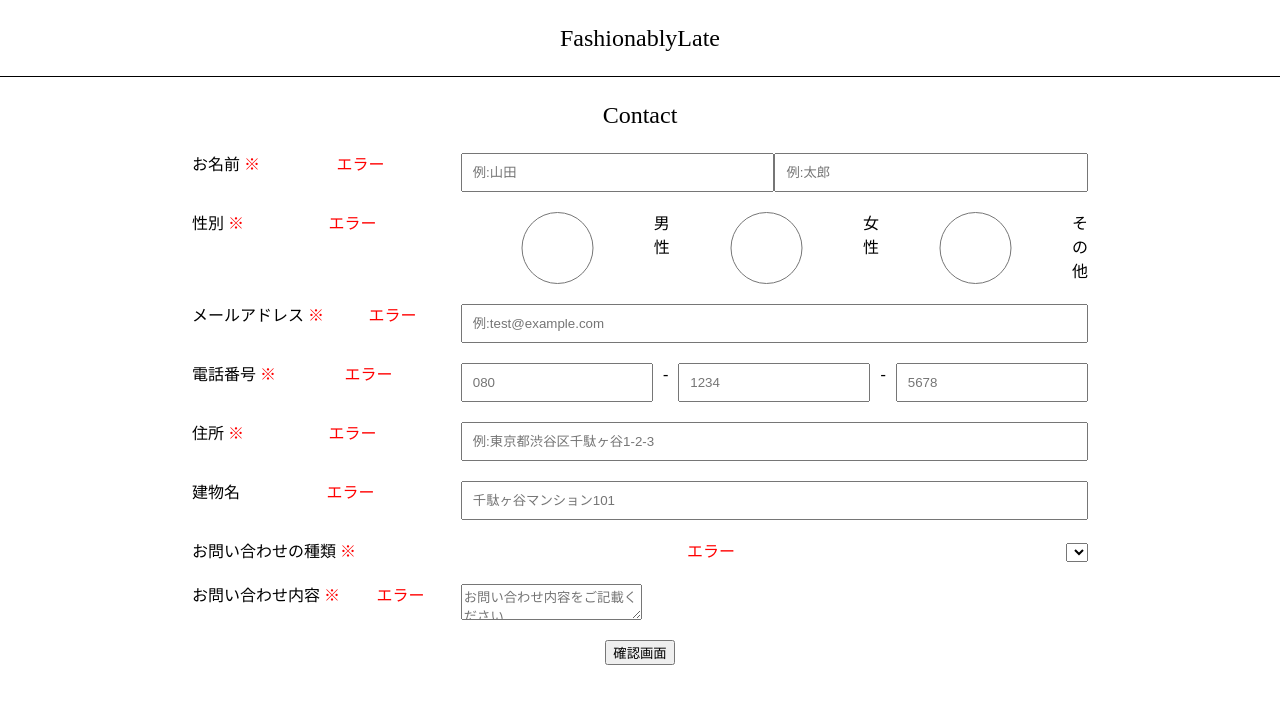
Repository: mayu-ya/test_form
Page: http://localhost/
These files come from the project's save history. The page is drawn as it stood at one moment and after the next save; the edit follows.
The browser window is 1280 px wide. The pictures show the whole page.
The page is served by the project's Laravel application, run on PHP 8.4 with Laravel 8. Other server files are loaded and not shown.

Above is the page before, as saved 2026-01-17 10:20:34.

### src/routes/web.php
<?php

use Illuminate\Support\Facades\Route;
use App\Http\Controllers\ContactController;

/*
|--------------------------------------------------------------------------
| Web Routes
|--------------------------------------------------------------------------
|
| Here is where you can register web routes for your application. These
| routes are loaded by the RouteServiceProvider within a group which
| contains the "web" middleware group. Now create something great!
|
*/

Route::get('/', [ContactController::class, 'index']);

### src/app/Http/Controllers/ContactController.php
<?php

namespace App\Http\Controllers;

use Illuminate\Http\Request;

class ContactController extends Controller
{
    public function index()
    {
        return view('index');
    }
}

### src/resources/views/index.blade.php
@extends('layouts.app')

@section('css')
<link rel="stylesheet" href="{{ asset('css/index.css') }}">
@endsection

@section('content')
<div class="content">
    <div class="title">
        <h2 class="title-h">Contact</h2>
    </div>

    <form class="form">
        <div class="form__group">
            <div class="form__group-item">
                <span class="form__item">お名前</span>
                <span class="form__required">※</span>
            </div>
            <div class="form__error">
                エラー
            </div>
            <div class="form__input">
                <input type="text" class="form__input-text" name="name" placeholder="例:山田">
                <input type="text" class="form__input-text" name="name" placeholder="例:太郎">
            </div>
        </div>

        <div class="form__group">
            <div class="form__group-item">
                <span class="form__item">性別</span>
                <span class="form__required">※</span>
            </div>
            <div class="form__error">
                エラー
            </div>
            <div class="form__input">
                <input type="radio" class="form__input-text" name="gender">男性
                <input type="radio" class="form__input-text" name="gender">女性
                <input type="radio" class="form__input-text" name="gender">その他
            </div>
        </div>

        <div class="form__group">
            <div class="form__group-item">
                <span class="form__item">メールアドレス</span>
                <span class="form__required">※</span>
            </div>
            <div class="form__error">
                エラー
            </div>
            <div class="form__input">
                <input type="emai" class="form__input-text" name="emai" placeholder="例:test@example.com">
            </div>
        </div>

        <div class="form__group">
            <div class="form__group-item">
                <span class="form__item">電話番号</span>
                <span class="form__required">※</span>
            </div>
            <div class="form__error">
                エラー
            </div>
            <div class="form__input">
                <input type="tel" class="form__input-text" name="tel" placeholder="080">
                <div class="form__input-tel">-</div>
                <input type="tel" class="form__input-text" name="tel" placeholder="1234">
                <div class="form__input-tel">-</div>
                <input type="tel" class="form__input-text" name="tel" placeholder="5678">
            </div>
        </div>

        <div class="form__group">
            <div class="form__group-ite">
                <span class="form__item">住所</span>
                <span class="form__required">※</span>
            </div>
            <div class="form__error">
                エラー
            </div>
            <div class="form__input">
                <input type="text" class="form__input-text" name="address" placeholder="例:東京都渋谷区千駄ヶ谷1-2-3">
            </div>
        </div>

        <div class="form__group">
            <div class="form__group-item">
                <span class="form__item">建物名</span>
            </div>
            <div class="form__error">
                エラー
            </div>
            <div class="form__input">
                <input type="text" class="form__input-text" name="building" placeholder="千駄ヶ谷マンション101">
            </div>
        </div>

        <div class="form__group">
            <div class="form__group-item">
                <span class="form__item">お問い合わせの種類</span>
                <span class="form__required">※</span>
            </div>
            <div class="form__error">
                エラー
            </div>
            <div class="form__select">
                <select name="content" class="form__select-item" placeholder="選択してください">
                    <option value=""></option>
                </select>
            </div>
        </div>

        <div class="form__group">
            <div class="form__group-item">
                <span class="form__item">お問い合わせ内容</span>
                <span class="form__required">※</span>
            </div>
            <div class="form__error">
                エラー
            </div>
            <div class="form__input">
                <textarea name="detail" class="form__input-textarea" placeholder="お問い合わせ内容をご記載ください"></textarea>
            </div>
        </div>

        <div class="form__group-button">
            <button class="form__group-button-submit" type="submit">確認画面</button>
        </div>
    </form>
</div>
@endsection

### src/resources/views/layouts/app.blade.php
<!DOCTYPE html>
<html lang="ja">
<head>
    <meta charset="UTF-8">
    <meta name="viewport" content="width=device-width, initial-scale=1.0">
    <title>FashionablyLate</title>
    <link rel="stylesheet" href="{{ asset('css/common.css') }}">
    <link rel="stylesheet" href="{{ asset('css/sanitize.css') }}">
    @yield('css')
</head>
<body>
    <header class="header">
        <div class="header-title">
            <div class="header-title__item">FashionablyLate</div>
        </div>
        @yield('header')
    </header>

    <main>
        @yield('content')
    </main>
</body>
</html>

### src/public/css/common.css
.header{
    border-bottom: 1px solid #000;
}

.header-title {
    margin: 0 auto;
    padding: 20px 15px;
    max-width: 1230px;
}

.header-title__item {
    font-size: 24px;
    text-align: center;
}

### src/public/css/sanitize.css
/* Document
* ========================================================================== */

/**
* Add border box sizing in all browsers (opinionated).
*/

*,
::before,
::after {
  box-sizing: border-box;
}

/**
* 1. Add text decoration inheritance in all browsers (opinionated).
* 2. Add vertical alignment inheritance in all browsers (opinionated).
*/

::before,
::after {
  vertical-align: inherit;
  /* 2 */
  text-decoration: inherit;
  /* 1 */
}

/**
* 1. Use the default cursor in all browsers (opinionated).
* 2. Change the line height in all browsers (opinionated).
* 3. Use a 4-space tab width in all browsers (opinionated).
* 4. Remove the grey highlight on links in iOS (opinionated).
* 5. Prevent adjustments of font size after orientation changes in
*    IE on Windows Phone and in iOS.
* 6. Breaks words to prevent overflow in all browsers (opinionated).
*/

html {
  word-break: break-word;
  /* 6 */
  -moz-tab-size: 4;
  /* 3 */
  tab-size: 4;
  /* 3 */
  line-height: 1.5;
  /* 2 */
  cursor: default;
  /* 1 */

  -webkit-tap-highlight-color: transparent
    /* 4 */
  ;
  -ms-text-size-adjust: 100%;
  /* 5 */
  -webkit-text-size-adjust: 100%;
  /* 5 */
}

/* Sections
* ========================================================================== */

/**
* Remove the margin in all browsers (opinionated).
*/

body {
  margin: 0;
}

/**
* Correct the font size and margin on `h1` elements within `section` and
* `article` contexts in Chrome, Edge, Firefox, and Safari.
*/

h1 {
  margin: 0.67em 0;
  font-size: 2em;
}

/* Grouping content
* ========================================================================== */

/**
* Remove the margin on nested lists in Chrome, Edge, IE, and Safari.
*/

dl dl,
dl ol,
dl ul,
ol dl,
ul dl {
  margin: 0;
}

/**
* Remove the margin on nested lists in Edge 18- and IE.
*/

ol ol,
ol ul,
ul ol,
ul ul {
  margin: 0;
}

/**
* 1. Add the correct sizing in Firefox.
* 2. Show the overflow in Edge 18- and IE.
*/

hr {
  overflow: visible;
  /* 2 */
  height: 0;
  /* 1 */
}

/**
* Add the correct display in IE.
*/

main {
  display: block;
}

/**
* Remove the list style on navigation lists in all browsers (opinionated).
*/

nav ol,
nav ul {
  padding: 0;
  list-style: none;
}

/**
* 1. Correct the inheritance and scaling of font size in all browsers.
* 2. Correct the odd `em` font sizing in all browsers.
*/

pre {
  font-size: 1em;
  /* 2 */
  font-family: monospace, monospace;
  /* 1 */
}

/* Text-level semantics
* ========================================================================== */

/**
* Remove the gray background on active links in IE 10.
*/

a {
  background-color: transparent;
}

/**
* Add the correct text decoration in Edge 18-, IE, and Safari.
*/

abbr[title] {
  text-decoration: underline;
  text-decoration: underline dotted;
}

/**
* Add the correct font weight in Chrome, Edge, and Safari.
*/

b,
strong {
  font-weight: bolder;
}

/**
* 1. Correct the inheritance and scaling of font size in all browsers.
* 2. Correct the odd `em` font sizing in all browsers.
*/

code,
kbd,
samp {
  font-size: 1em;
  /* 2 */
  font-family: monospace, monospace;
  /* 1 */
}

/**
* Add the correct font size in all browsers.
*/

small {
  font-size: 80%;
}

/* Embedded content
* ========================================================================== */

/*
* Change the alignment on media elements in all browsers (opinionated).
*/

audio,
canvas,
iframe,
img,
svg,
video {
  vertical-align: middle;
}

/**
* Add the correct display in IE 9-.
*/

audio,
video {
  display: inline-block;
}

/**
* Add the correct display in iOS 4-7.
*/

audio:not([controls]) {
  display: none;
  height: 0;
}

/**
* Remove the border on iframes in all browsers (opinionated).
*/

iframe {
  border-style: none;
}

/**
* Remove the border on images within links in IE 10-.
*/

img {
  border-style: none;
}

/**
* Change the fill color to match the text color in all browsers (opinionated).
*/

svg:not([fill]) {
  fill: currentColor;
}

/**
* Hide the overflow in IE.
*/

svg:not(:root) {
  overflow: hidden;
}

/* Tabular data
* ========================================================================== */

/**
* Collapse border spacing in all browsers (opinionated).
*/

table {
  border-collapse: collapse;
}

/* Forms
* ========================================================================== */

/**
* Remove the margin on controls in Safari.
*/

button,
input,
select {
  margin: 0;
}

/**
* 1. Show the overflow in IE.
* 2. Remove the inheritance of text transform in Edge 18-, Firefox, and IE.
*/

button {
  overflow: visible;
  /* 1 */
  text-transform: none;
  /* 2 */
}

/**
* Correct the inability to style buttons in iOS and Safari.
*/

button,
[type="button"],
[type="reset"],
[type="submit"] {
  -webkit-appearance: button;
}

/**
* 1. Change the inconsistent appearance in all browsers (opinionated).
* 2. Correct the padding in Firefox.
*/

fieldset {
  padding: 0.35em 0.75em 0.625em;
  /* 2 */
  border: 1px solid #a0a0a0;
  /* 1 */
}

/**
* Show the overflow in Edge 18- and IE.
*/

input {
  overflow: visible;
}

/**
* 1. Correct the text wrapping in Edge 18- and IE.
* 2. Correct the color inheritance from `fieldset` elements in IE.
*/

legend {
  display: table;
  /* 1 */
  max-width: 100%;
  /* 1 */
  color: inherit;
  /* 2 */
  white-space: normal;
  /* 1 */
}

/**
* 1. Add the correct display in Edge 18- and IE.
* 2. Add the correct vertical alignment in Chrome, Edge, and Firefox.
*/

progress {
  display: inline-block;
  /* 1 */
  vertical-align: baseline;
  /* 2 */
}

/**
* Remove the inheritance of text transform in Firefox.
*/

select {
  text-transform: none;
}

/**
* 1. Remove the margin in Firefox and Safari.
* 2. Remove the default vertical scrollbar in IE.
* 3. Change the resize direction in all browsers (opinionated).
*/

textarea {
  overflow: auto;
  /* 2 */
  margin: 0;
  /* 1 */
  resize: vertical;
  /* 3 */
}

/**
* Remove the padding in IE 10-.
*/

[type="checkbox"],
[type="radio"] {
  padding: 0;
}

/**
* 1. Correct the odd appearance in Chrome, Edge, and Safari.
* 2. Correct the outline style in Safari.
*/

[type="search"] {
  outline-offset: -2px;
  /* 2 */

  -webkit-appearance: textfield;
  /* 1 */
}

/**
* Correct the cursor style of increment and decrement buttons in Safari.
*/

::-webkit-inner-spin-button,
::-webkit-outer-spin-button {
  height: auto;
}

/**
* Correct the text style of placeholders in Chrome, Edge, and Safari.
*/

::-webkit-input-placeholder {
  color: inherit;
  opacity: 0.54;
}

/**
* Remove the inner padding in Chrome, Edge, and Safari on macOS.
*/

::-webkit-search-decoration {
  -webkit-appearance: none;
}

/**
* 1. Correct the inability to style upload buttons in iOS and Safari.
* 2. Change font properties to `inherit` in Safari.
*/

::-webkit-file-upload-button {
  font: inherit;
  /* 2 */

  -webkit-appearance: button;
  /* 1 */
}

/**
* Remove the inner border and padding of focus outlines in Firefox.
*/

::-moz-focus-inner {
  padding: 0;
  border-style: none;
}

/**
* Restore the focus outline styles unset by the previous rule in Firefox.
*/

:-moz-focusring {
  outline: 1px dotted ButtonText;
}

/**
* Remove the additional :invalid styles in Firefox.
*/

:-moz-ui-invalid {
  box-shadow: none;
}

/* Interactive
* ========================================================================== */

/*
* Add the correct display in Edge 18- and IE.
*/

details {
  display: block;
}

/*
* Add the correct styles in Edge 18-, IE, and Safari.
*/

dialog {
  position: absolute;
  right: 0;
  left: 0;
  display: block;
  margin: auto;
  padding: 1em;
  width: -moz-fit-content;
  width: -webkit-fit-content;
  width: fit-content;
  height: -moz-fit-content;
  height: -webkit-fit-content;
  height: fit-content;
  border: solid;
  background-color: white;
  color: black;
}

dialog:not([open]) {
  display: none;
}

/*
* Add the correct display in all browsers.
*/

summary {
  display: list-item;
}

/* Scripting
* ========================================================================== */

/**
* Add the correct display in IE 9-.
*/

canvas {
  display: inline-block;
}

/**
* Add the correct display in IE.
*/

template {
  display: none;
}

/* User interaction
* ========================================================================== */

/*
* 1. Remove the tapping delay in IE 10.
* 2. Remove the tapping delay on clickable elements
in all browsers (opinionated).
*/

a,
area,
button,
input,
label,
select,
summary,
textarea,
[tabindex] {
  -ms-touch-action: manipulation;
  /* 1 */
  touch-action: manipulation;
  /* 2 */
}

/**
* Add the correct display in IE 10-.
*/

[hidden] {
  display: none;
}

/* Accessibility
* ========================================================================== */

/**
* Change the cursor on busy elements in all browsers (opinionated).
*/

[aria-busy="true"] {
  cursor: progress;
}

/*
* Change the cursor on control elements in all browsers (opinionated).
*/

[aria-controls] {
  cursor: pointer;
}

/*
* Change the cursor on disabled, not-editable, or otherwise
* inoperable elements in all browsers (opinionated).
*/

[aria-disabled="true"],
[disabled] {
  cursor: not-allowed;
}

/*
* Change the display on visually hidden accessible elements
* in all browsers (opinionated).
*/

[aria-hidden="false"][hidden] {
  display: initial;
}

[aria-hidden="false"][hidden]:not(:focus) {
  position: absolute;
  clip: rect(0, 0, 0, 0);
}

### src/public/css/index.css
.content {
    max-width: 1536px;
}

.title {
    margin: 0 auto;
}

.title-h {
    text-align: center;
    font-weight: lighter;
}

.form {
    width: 70%;
    margin: 0 auto;
    text-align: center;
}

.form__group {
    display: flex;
    width: 100%;
    justify-content: space-between;
    margin-bottom: 20px;
}

.form__required {
    color: red;
}

.form__input {
    display: flex;
    width: 70%;
}

.form__input-text {
    padding: 10px;
    width: 100%;
}

.form__input-tel {
    margin: 0 10px;
}

.form__error {
    color: red;
    text-align: left;
}

Loaded but not shown: src/app/Http/Controllers/Controller.php (common file)

After the next save:
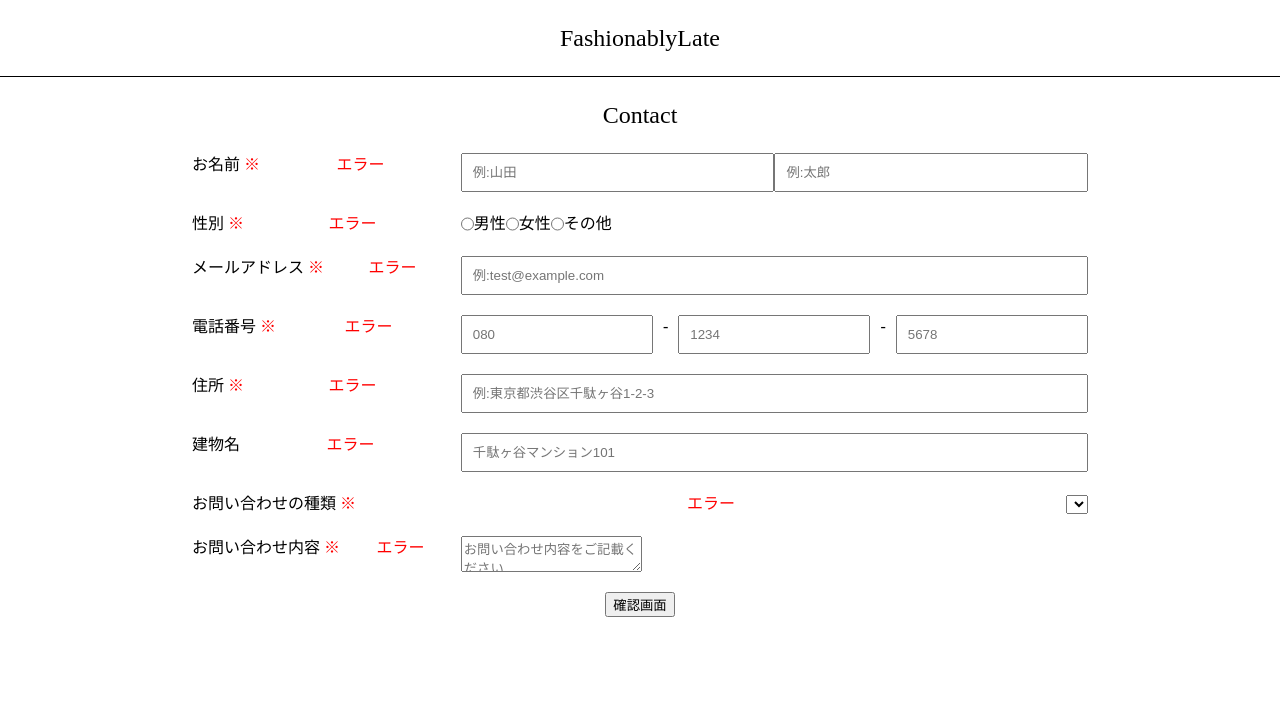
Saved 4 min 19 s later.
--- a/src/resources/views/index.blade.php
+++ b/src/resources/views/index.blade.php
@@ -34,9 +34,9 @@
                 エラー
             </div>
             <div class="form__input">
-                <input type="radio" class="form__input-text" name="gender">男性
-                <input type="radio" class="form__input-text" name="gender">女性
-                <input type="radio" class="form__input-text" name="gender">その他
+                <input type="radio" class="form__input-radio" name="gender">男性
+                <input type="radio" class="form__input-radio" name="gender">女性
+                <input type="radio" class="form__input-radi" name="gender">その他
             </div>
         </div>
 
